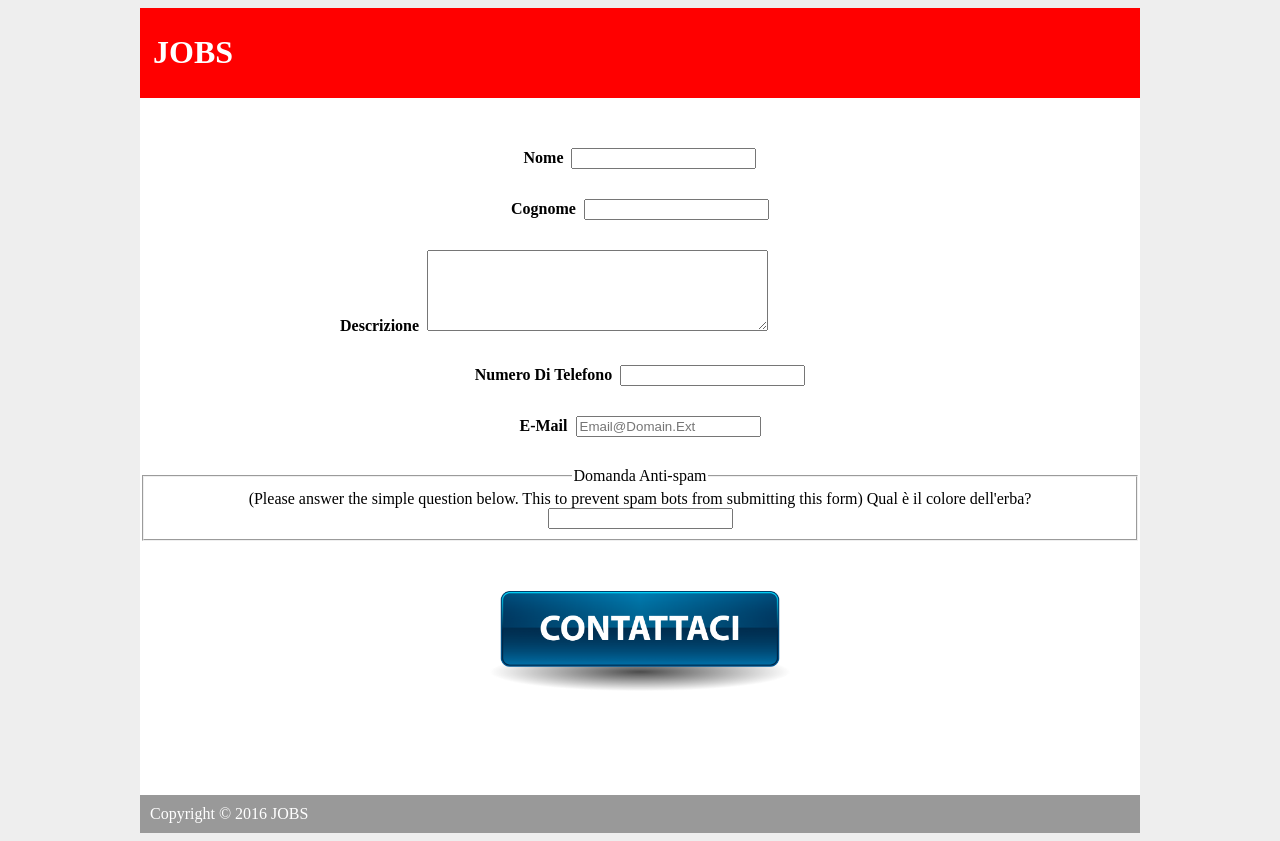
Repository: ProjectRC/RC
Page: client/contattaci.html
The author's editor kept a record of every edit. The page is drawn from the files as they stood at one moment, then again after the next edit.
The browser window is 1280 px wide. The pictures show the whole page.

Above is the page before.

After the next edit:
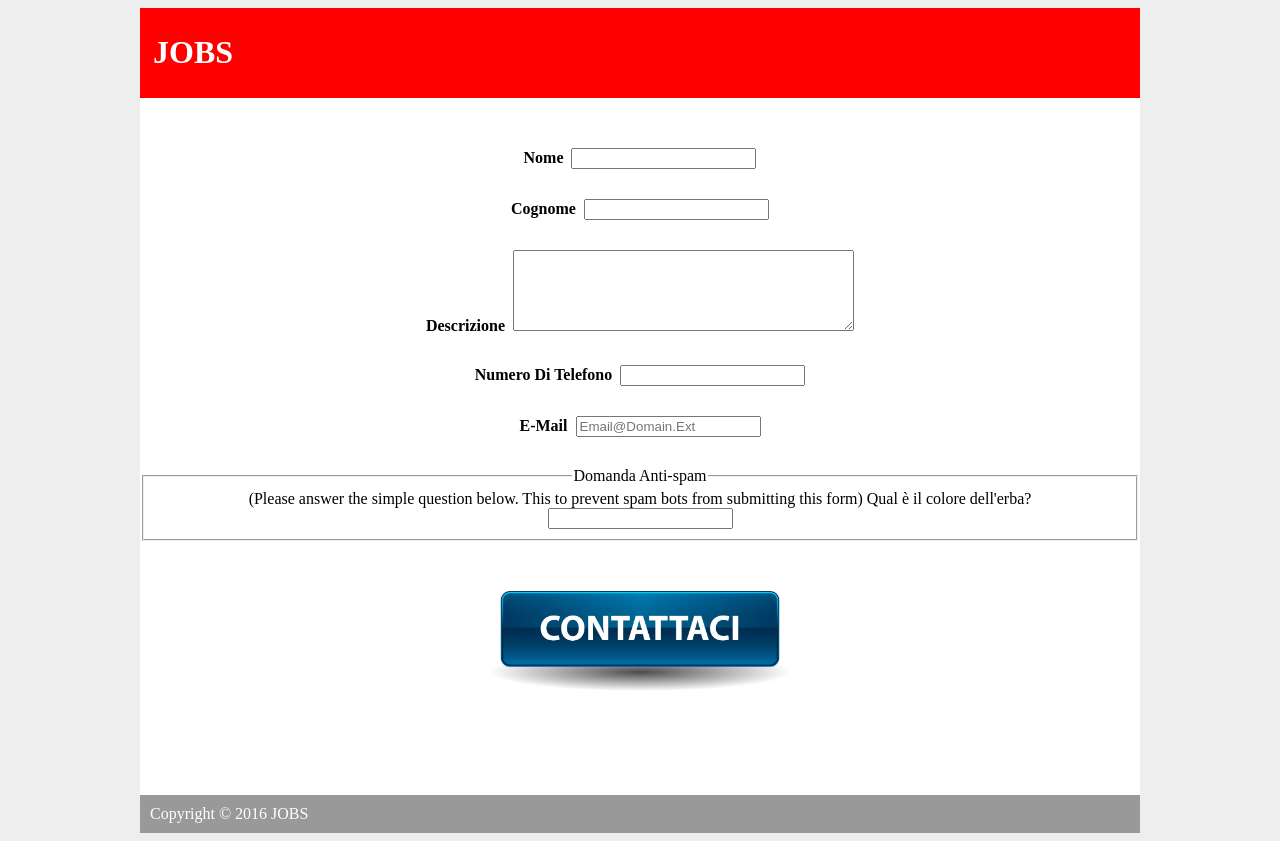
The edit:
--- a/client/css/contattaci.css
+++ b/client/css/contattaci.css
@@ -38,8 +38,8 @@
 
 #testo {
     margin-top: 30px;
-    margin-left: 200px;
-    text-align: left;
+    /*margin-left: 200px;*/
+    text-align: center;
 }
 
 #telefono {
